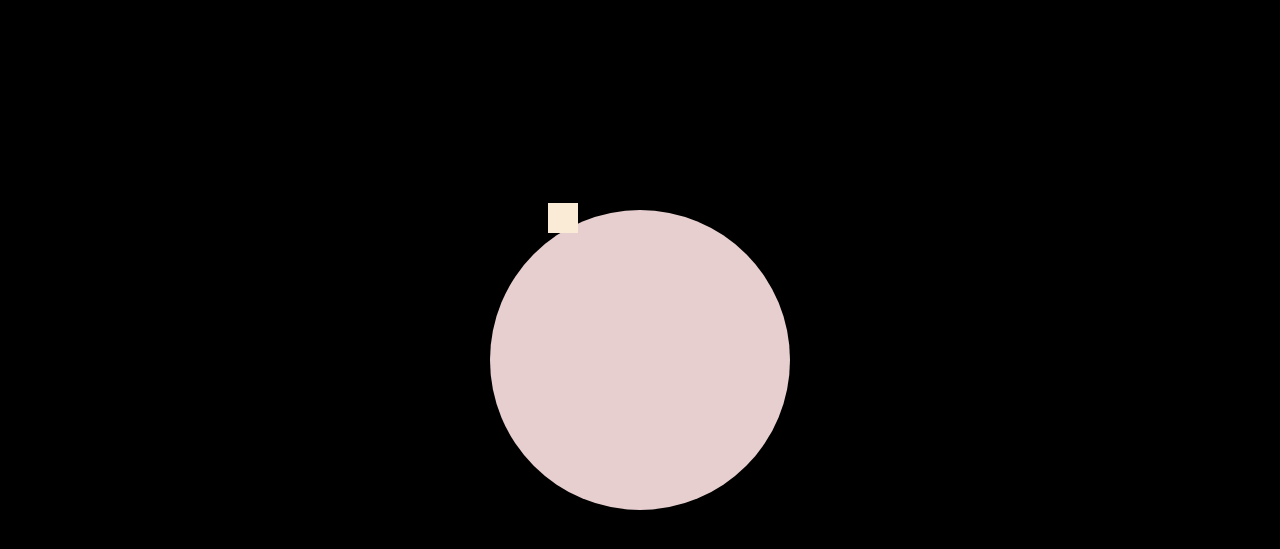
Repository: zjria/Colorful-Glowing-Liquid-Bowl-Animation-Effects
Page: index.html
An editor plug-in stored every save of this project. The page is shown before and after the next save, followed by the edit.
The browser window is 1280 px wide. The pictures show the whole page.

Above is the page before, as saved 2022-04-15 17:40:28.

After the next save:
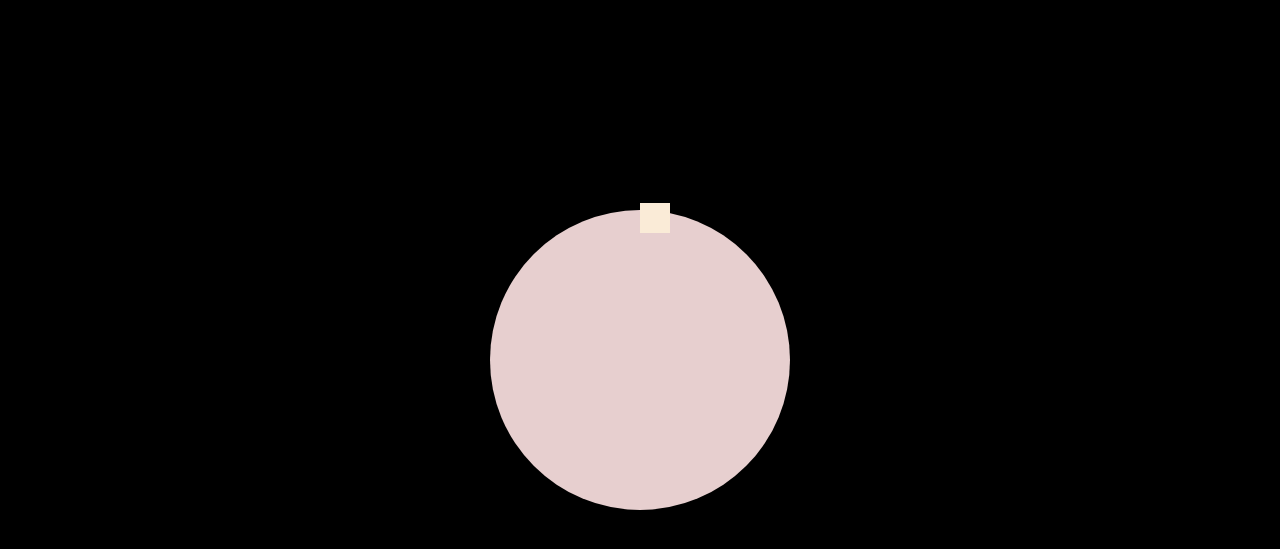
Saved 12 s later.
--- a/style.css
+++ b/style.css
@@ -22,6 +22,6 @@
     content: "";
     position: absolute;
     top: -15px;
-    left: 50px;
+    left: 50%;
     border: 15px solid antiquewhite;
 }
